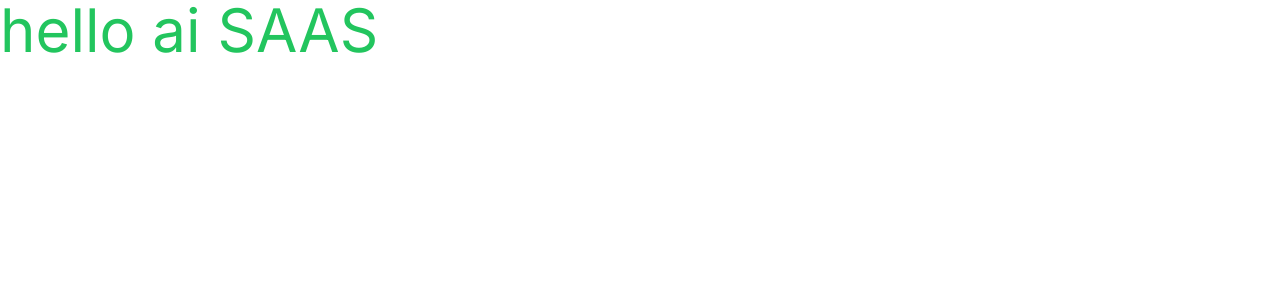
Repository: MikeeBuilds/ai-saas
Page: /
These files come from the project's save history. The page is drawn as it stood at one moment and after a run of saves; the edit follows.
The browser window is 1280 px wide. The pictures show the whole page.
The project was rebuilt for these pictures with package versions that can differ from the ones it lists, and the page was loaded fresh each time. The framework's server and built-in components were replaced by stand-ins that run in the browser. Also part of the build but not shown: next.config.js.

Above is the page before, as saved 2023-07-28 23:36:42.

### app/page.tsx

export default function Home() {
  return (
    <p className="text-6xl text-green-500">hello ai SAAS</p>
  )
}

Loaded but not shown: app/layout.tsx (common file); app/globals.css (common file); tailwind.config.js (common file)

After the next 2 saves:
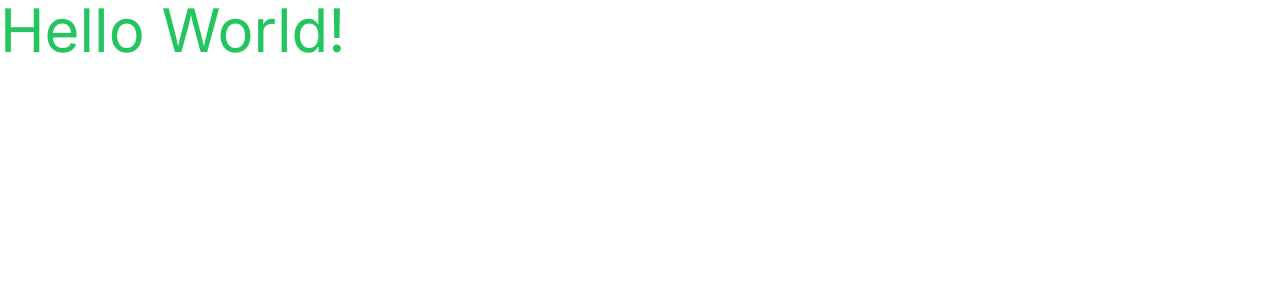
The 2 saves are shown as one change because they came seconds apart.
The last was saved 3 min 4 s later.
--- a/app/page.tsx
+++ b/app/page.tsx
@@ -1,6 +1,8 @@
 
 export default function Home() {
   return (
-    <p className="text-6xl text-green-500">hello ai SAAS</p>
+    <p className="text-6xl text-green-500">
+      Hello World!
+    </p>
   )
 }
